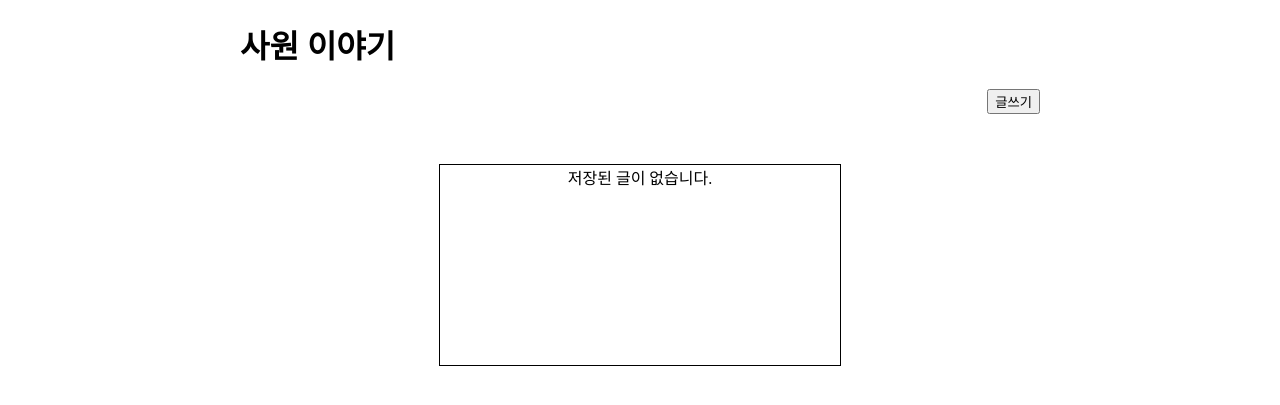
Repository: coolSummer1119/study
Page: http://localhost/ch03_Jsp/ch19_employee/list.jsp
The author's editor kept a copy of each file at every save. The page is drawn from the files as they stood at one save, then again after the next save.
The browser window is 1280 px wide. The pictures show the whole page.
The page is served by Tomcat 9. Queries for data that is not in the repository find no rows.

Above is the page before, as saved 2024-05-03 03:21:28.

After the next save:
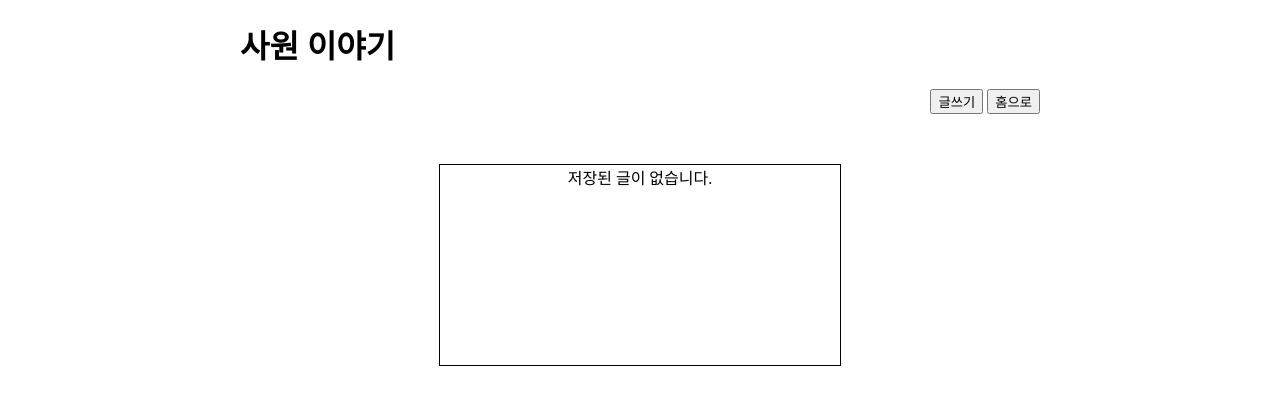
Saved 18 min 28 s later.
--- a/workspace/ch03_Jsp/src/main/webapp/ch19_employee/list.jsp
+++ b/workspace/ch03_Jsp/src/main/webapp/ch19_employee/list.jsp
@@ -42,6 +42,7 @@
 	<h1>사원 이야기</h1>
 	<div class="align-right">
 		<input type="button" value="글쓰기" onclick="location.href='writeForm.jsp'">
+		<input type="button" value="홈으로" onclick="location.href='main.jsp'">
 	</div>
 <%
 	if(count==0){

After the save that followed:
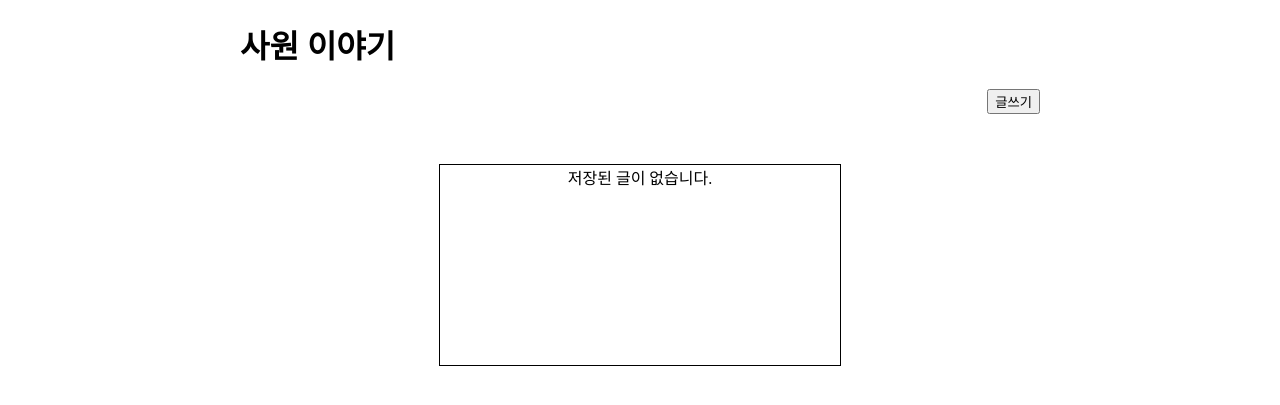
Saved 2 min 14 s later.
--- a/workspace/ch03_Jsp/src/main/webapp/ch19_employee/list.jsp
+++ b/workspace/ch03_Jsp/src/main/webapp/ch19_employee/list.jsp
@@ -42,7 +42,15 @@
 	<h1>사원 이야기</h1>
 	<div class="align-right">
 		<input type="button" value="글쓰기" onclick="location.href='writeForm.jsp'">
+<%
+	Integer user_num = (Integer)session.getAttribute("user_num");
+
+	if(user_num!=null){//로그인이 되지 않은 경우
+%>
 		<input type="button" value="홈으로" onclick="location.href='main.jsp'">
+<%
+	}
+%>
 	</div>
 <%
 	if(count==0){
